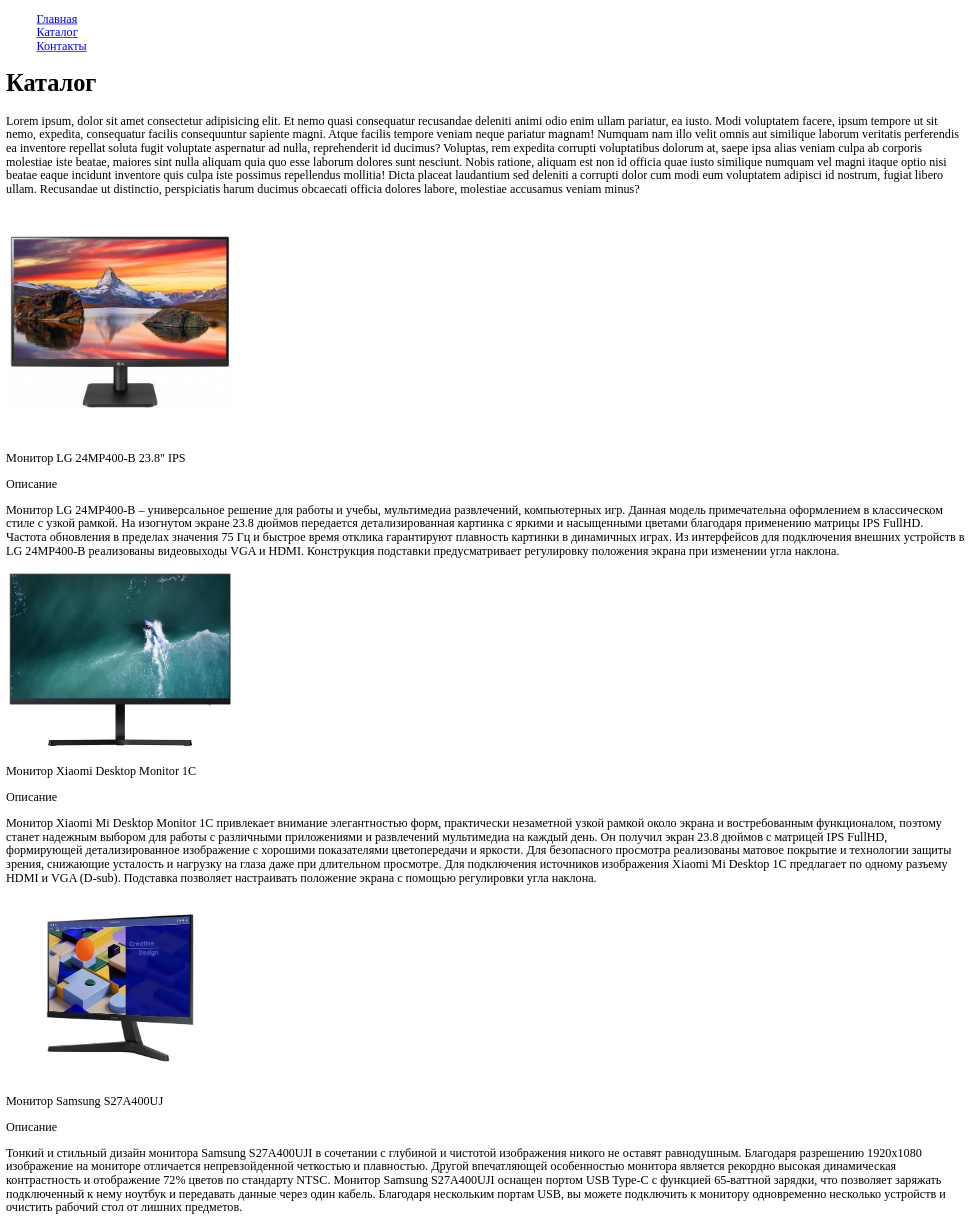
Repository: Alekseiy1980/Catalog
Page: catalog/catalog.html
The author's editor kept a copy of each file at every save. The page is drawn from the files as they stood at one save, then again after the next save.
The browser window is 1280 px wide. The pictures show the whole page, at 76% of full size.

Above is the page before, as saved 2024-01-13 16:20:01.

After the next save:
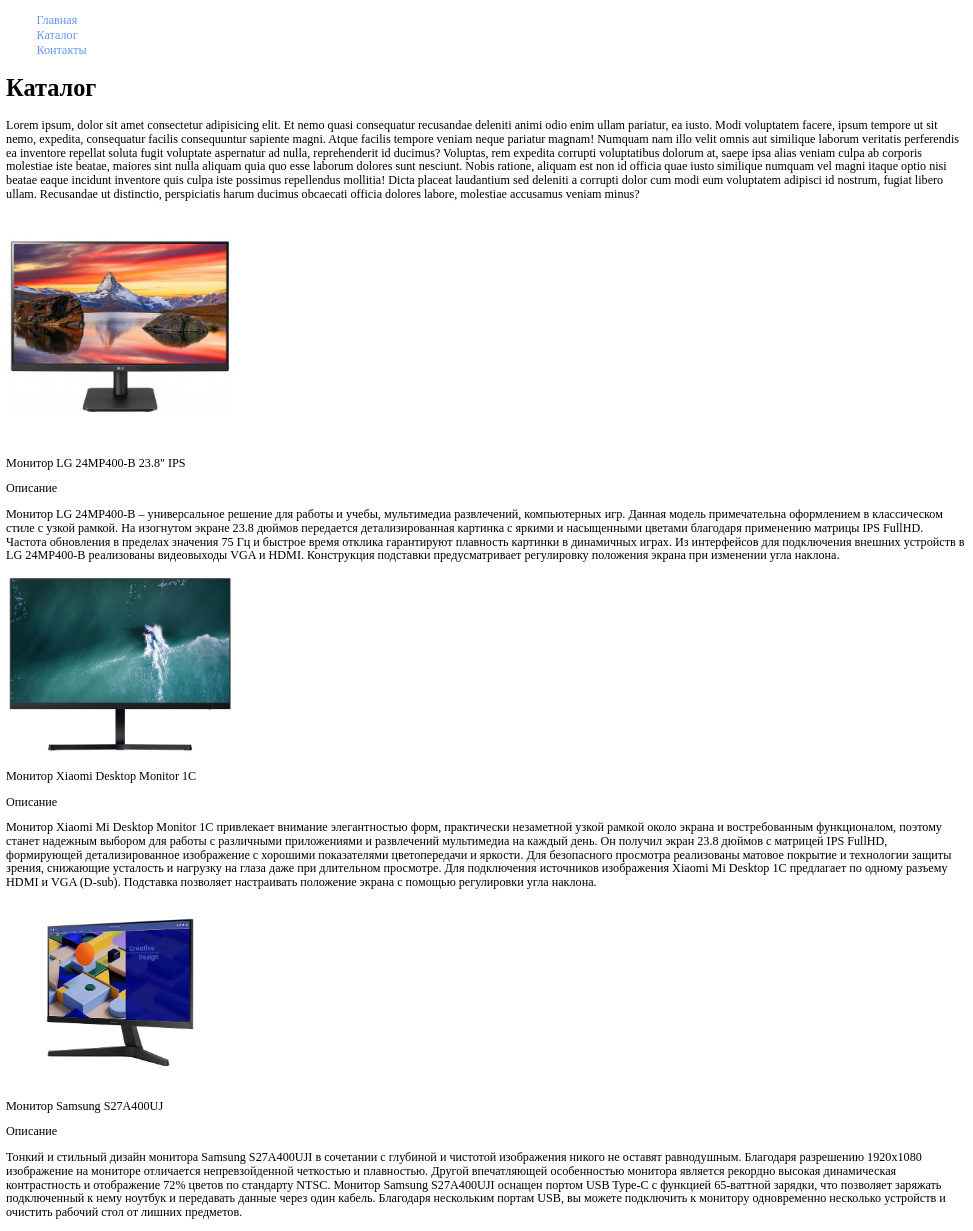
Saved 16 s later.
--- a/catalog/catalog.html
+++ b/catalog/catalog.html
@@ -11,13 +11,13 @@
         <div class="menu">
             <ul class="menu_list">
                 <li class="menu_item">
-                    <a href="../index.html">Главная</a>
+                    <a class="menu_limk" href="../index.html">Главная</a>
                 </li>
                 <li class="menu_item">
-                    <a href="#">Каталог</a>
+                    <a class="menu_limk" href="#">Каталог</a>
                 </li>
                 <li class="menu_item">
-                    <a href="/contacts.html">Контакты</a>
+                    <a class="menu_limk" href="/contacts.html">Контакты</a>
                 </li>
             </ul>
         </div>
